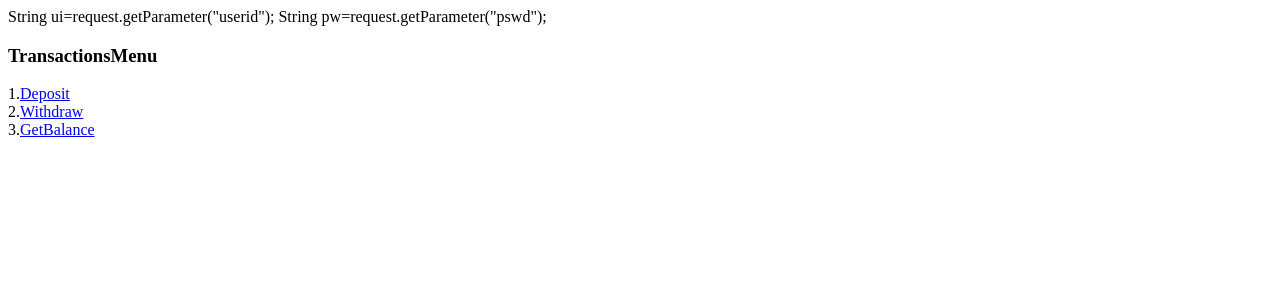
Repository: saiswaroop1547/ctstraining
Page: Banking1/WebContent/TransactionsMenu.html
The author's editor kept a copy of each file at every save. The page is drawn from the files as they stood at one save, then again after the next save.
The browser window is 1280 px wide. The pictures show the whole page.

Above is the page before, as saved 2020-02-12 04:30:02.

### Banking1/WebContent/TransactionsMenu.html
<!DOCTYPE html>
<html>
<head>
<meta charset="ISO-8859-1">
<title>Insert title here</title>
</head>
<body>
String ui=request.getParameter("userid");
String pw=request.getParameter("pswd");
<form>
<h3>TransactionsMenu</h3>
1.<a href='depositamount.html'>Deposit</a><br>
2.<a href='Withdraw.jsp'>Withdraw</a><br>
3.<a href='GetBalance.jsp'>GetBalance</a><br>
</form>
</body>
</html>

After the next save:
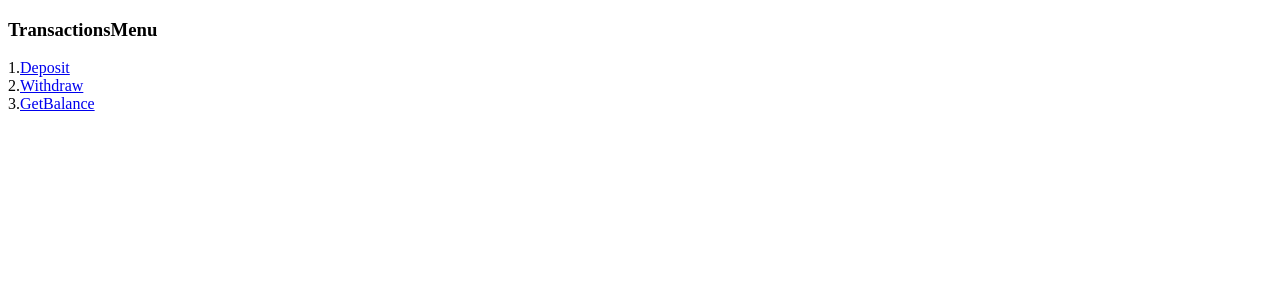
Saved 4 min 21 s later.
--- a/Banking1/WebContent/TransactionsMenu.html
+++ b/Banking1/WebContent/TransactionsMenu.html
@@ -5,8 +5,6 @@
 <title>Insert title here</title>
 </head>
 <body>
-String ui=request.getParameter("userid");
-String pw=request.getParameter("pswd");
 <form>
 <h3>TransactionsMenu</h3>
 1.<a href='depositamount.html'>Deposit</a><br>
